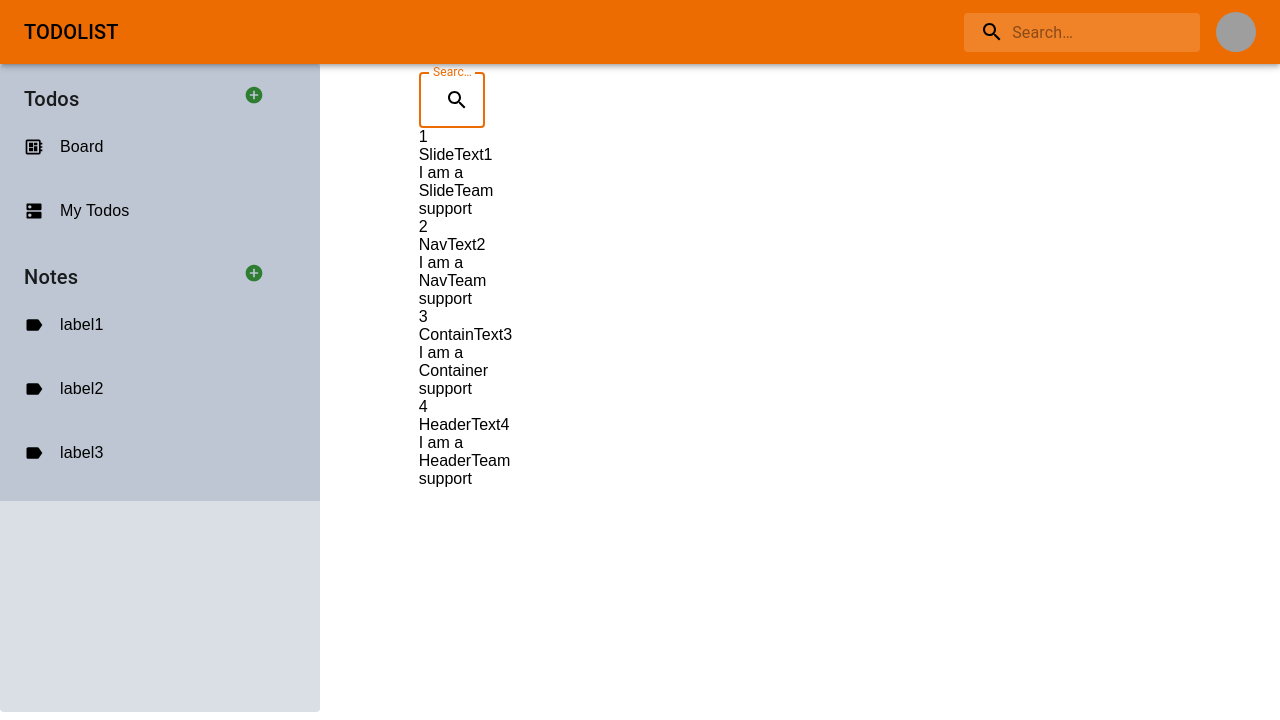
Repository: HrishrathTBS/Trackerbea
Page: / (app in client/)
These files come from the project's save history. The page is drawn as it stood at one moment and after the next save; the edit follows.
The browser window is 1280 px wide. The pictures show the whole page.
Pictures or frames that could not be fetched are drawn as grey boxes. The project was rebuilt for these pictures with package versions that can differ from the ones it lists, and the page was loaded fresh each time. Also part of the build but not shown: client/src/components/TodoList.js, client/src/components/Board.js, client/src/components/ListOfBar.js, client/src/components/MyTodos.js, client/src/pages/Label/Label1.js, client/src/pages/Label/Label2.js, client/src/pages/Label/Label3.js.

Above is the page before, as saved 2022-03-10 18:01:20.

After the next save:
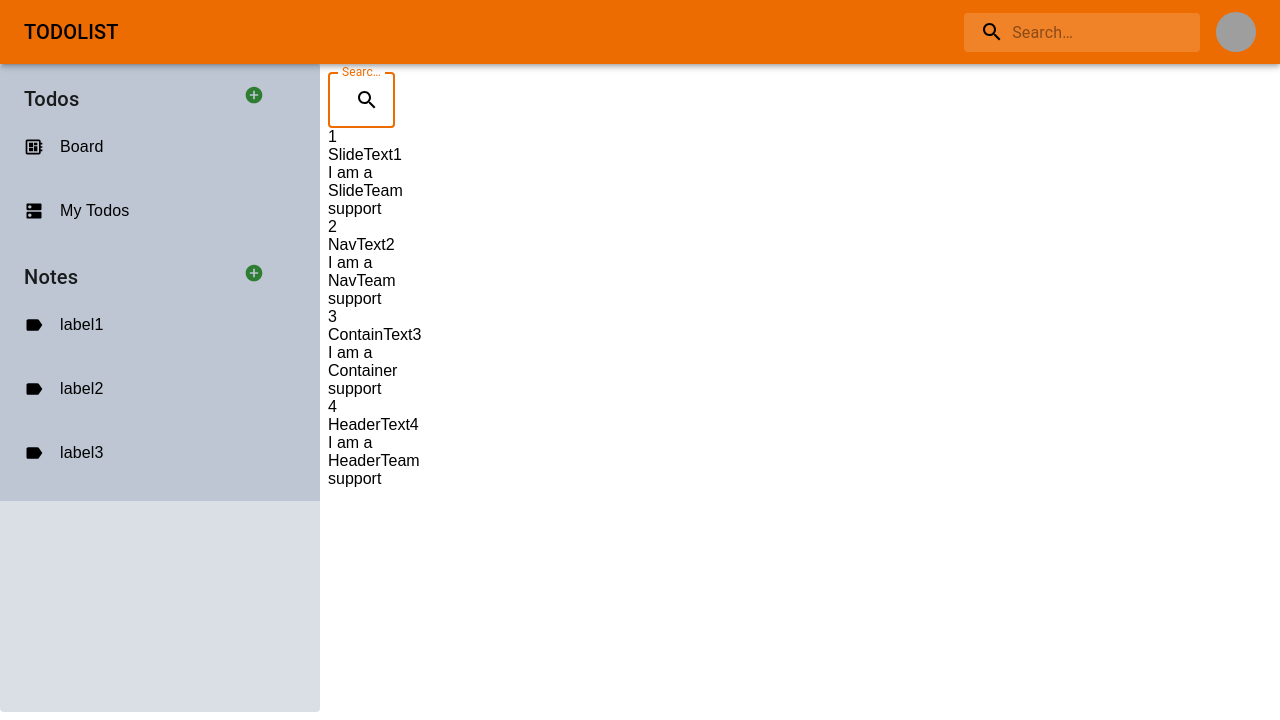
Saved 48 s later.
--- a/client/src/components/Filter.js
+++ b/client/src/components/Filter.js
@@ -20,7 +20,7 @@ const Filter = () => {
 
   return (
     <>
-      <Grid container justifyContent='center' m={1}>
+      <Grid container m={1}>
         <Grid item xs={4}>
           <Box sx={{ display: 'flex', alignItems: 'center' }}>
             <TextField autoComplete='text' value={search} color='warning' variant='outlined' fullWidth id='search' label='Search' onChange={handleChange} autoFocus required />
